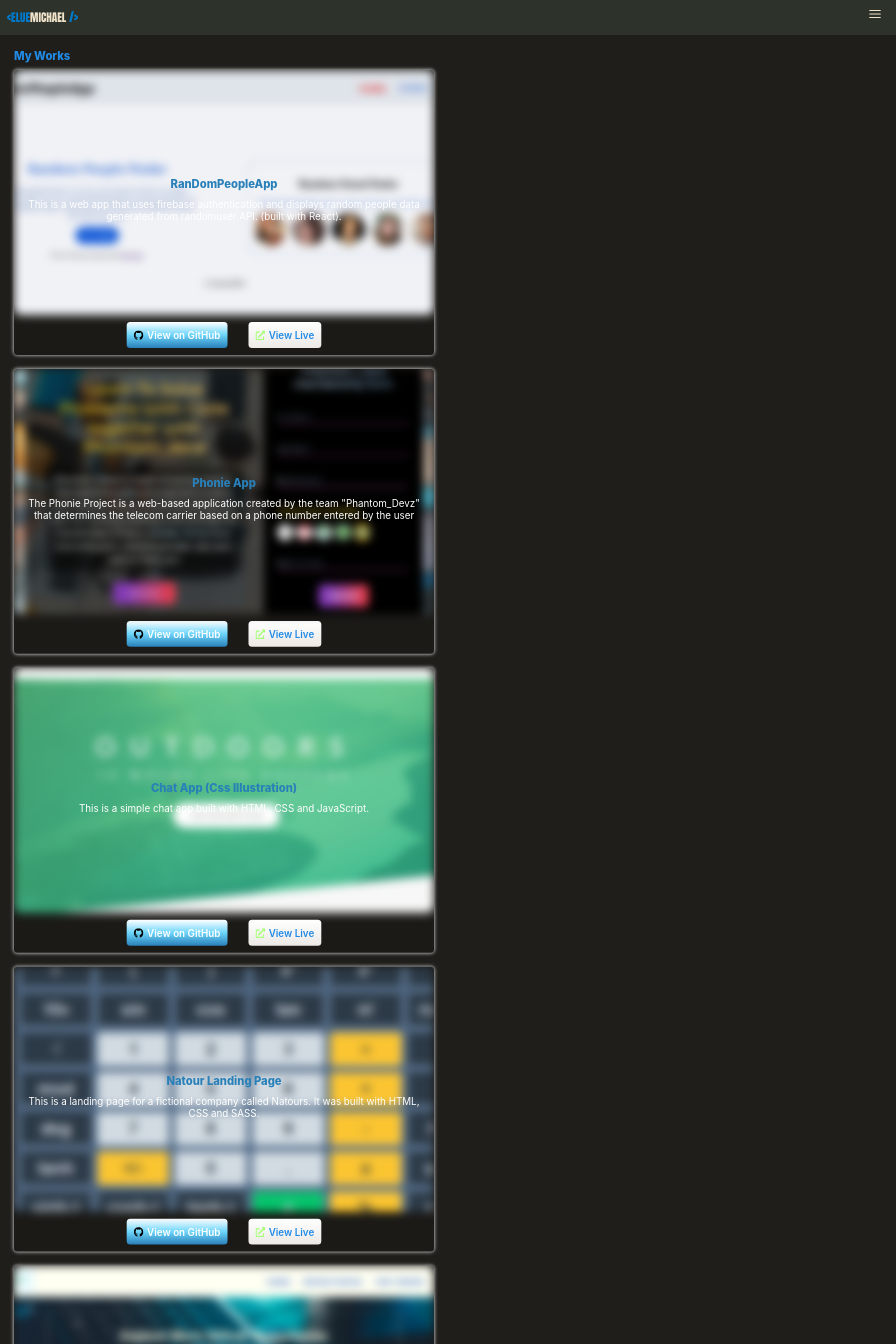
Repository: MikkyPrestige/portfolio
Page: /projects
These files come from the project's save history. The page is drawn as it stood at one moment and after the next save; the edit follows.
The browser window is 1280 px wide. The pictures show the part of the page from y = 0 to 1920 px (the page is 5651 px tall), at 70% of full size.
The project was rebuilt for these pictures with package versions that can differ from the ones it lists, and the page was loaded fresh each time. Also part of the build but not shown: src/components/avatar.jsx, src/components/home.jsx, src/components/about.jsx, src/components/fallback.jsx.

Above is the page before, as saved 2023-02-21 19:18:37.

### public/index.html
<!DOCTYPE html>
<html lang="en">
  <head>
    <meta charset="utf-8" />
    <link rel="icon" href="%PUBLIC_URL%/favicon.ico" />
    <meta name="viewport" content="width=device-width, initial-scale=1" />
    <meta name="theme-color" content="#000000" />
    <meta
      name="description"
      content="Web site created using create-react-app"
    />
    <link rel="apple-touch-icon" href="%PUBLIC_URL%/logo192.png" />
    <!--
      manifest.json provides metadata used when your web app is installed on a
      user's mobile device or desktop. See https://developers.google.com/web/fundamentals/web-app-manifest/
    -->
    <link rel="manifest" href="%PUBLIC_URL%/manifest.json" />
    <!--
      Notice the use of %PUBLIC_URL% in the tags above.
      It will be replaced with the URL of the `public` folder during the build.
      Only files inside the `public` folder can be referenced from the HTML.

      Unlike "/favicon.ico" or "favicon.ico", "%PUBLIC_URL%/favicon.ico" will
      work correctly both with client-side routing and a non-root public URL.
      Learn how to configure a non-root public URL by running `npm run build`.
    -->
    <title>Elue Michael Portfolio</title>
  </head>
  <body>
    <noscript>You need to enable JavaScript to run this app.</noscript>
    <div id="root"></div>
    <!--
      This HTML file is a template.
      If you open it directly in the browser, you will see an empty page.

      You can add webfonts, meta tags, or analytics to this file.
      The build step will place the bundled scripts into the <body> tag.

      To begin the development, run `npm start` or `yarn start`.
      To create a production bundle, use `npm run build` or `yarn build`.
    -->
  </body>
</html>

### src/assets/styles/sass/main.scss
@import 'abstracts/variables';
@import 'base/utilities';
@import 'base/base';
@import 'layouts/header';
@import 'pages/home';
@import 'pages/about';
@import 'pages/projects';
@import 'base/animation';

// @media (prefers-reduced-motion: no-preference) {
//   .App-logo {
//     animation: App-logo-spin infinite 20s linear;
//   }
// }

// @keyframes App-logo-spin {
//   from {
//     transform: rotate(0deg);
//   }
//   to {
//     transform: rotate(360deg);
//   }
// }

### src/components/layout.jsx
import React from "react";
import { MdClose } from "react-icons/md";
import { FiMenu } from "react-icons/fi";
import { useState } from "react";
import { NavLink } from "react-router-dom";

const Layout = () => {
  return (
    <div>
      <LayoutSmall />
      <LayoutLarge />
    </div>
  );
};

const CustomNavLink = ({ to, ...props }) => {
  let activeStyle = {
    color: "var(--color--green)",
    textDecoration: "underline",
  };

  return (
    <NavLink
      to={to}
      style={({ isActive }) =>
        isActive ? activeStyle : { textDecoration: "none" }
      }
      {...props}
    />
  );
};

const LayoutSmall = () => {
  const [showMenu, setShowMenu] = useState(false);

  const toggleMenu = () => {
    setShowMenu(!showMenu);
  };

  const closeMenu = () => {
    setShowMenu(false);
  };

  return (
    <div className="layout layout--small">
      <header className="layout--header">
        <div className="layout--header__title">
          <h1 className="layout--header__title__content">
            <span className="layout--header__title__content__span">{"<"}</span>
            <span className="layout--header__title__content__span--2">
              ELUE
            </span>
            MICHAEL{" "}
            <span className="layout--header__title__content__span">{"/>"}</span>
          </h1>
        </div>
        <nav className="layout--menu">
          <button className="layout--menu__button" onClick={toggleMenu}>
            {showMenu ? <MdClose /> : <FiMenu />}
          </button>
          <div className={`layout--menu__content ${showMenu ? "show" : ""}`}>
            <ul className="layout--menu__content__list">
              <li>
                <CustomNavLink
                  to="/"
                  onClick={closeMenu}
                  className="layout--menu__content__list__item"
                >
                  <span>#</span>Home
                </CustomNavLink>
              </li>
              <li>
                <CustomNavLink
                  to="/about"
                  onClick={closeMenu}
                  className="layout--menu__content__list__item"
                >
                  <span>#</span>About me
                </CustomNavLink>
              </li>
              <li>
                <CustomNavLink
                  to="/projects"
                  onClick={closeMenu}
                  className="layout--menu__content__list__item"
                >
                  <span>#</span>Projects
                </CustomNavLink>
              </li>
              <li>
                <CustomNavLink
                  to="/contact"
                  onClick={closeMenu}
                  className="layout--menu__content__list__item"
                >
                  <span>#</span>Contact
                </CustomNavLink>
              </li>
            </ul>
          </div>
        </nav>
      </header>
    </div>
  );
};

const LayoutLarge = () => {
  return (
    <div className="layout layout--large">
      <header className="layout--header">
        <div className="layout--title">
          <h1 className="layout--title__content">
            <span className="layout--title__content__span">{"<"}</span>
            <span className="layout--header__title__content__span--2">
              ELUE
            </span>
            MICHAEL<span className="layout--title__content__span">{"/>"}</span>
          </h1>
        </div>
        <div className="layout--menu">
          <ul className="layout--menu__list">
            <li className="layout--menu__list__item">
              <CustomNavLink to="/">Home</CustomNavLink>
            </li>
            <li className="layout--menu__list__item">
              <CustomNavLink to="/about">About me</CustomNavLink>
            </li>
            <li className="layout--menu__list__item">
              <CustomNavLink to="/projects">Projects</CustomNavLink>
            </li>
            <li className="layout--menu__list__item">
              <CustomNavLink to="/contact">Contact</CustomNavLink>
            </li>
          </ul>
        </div>
      </header>
    </div>
  );
};

export { Layout, LayoutSmall, LayoutLarge };

### src/assets/styles/sass/abstracts/_variables.scss
:root {
  --color-primary: #cc4600;
  --color-secondary: #bb45cb;
  --color-tertiary: #eefff8;

  // MARK UP
  --color--markup: #FF8303;
  // TEXT
  --color--text: #F0E3CA;

  // BACKGROUND
  --color--bg: #2D322A;
  --color--bg-light: #242320;
  --color--bg-dark: #1B1A17;
  --color--bg-dark-2: #1F1E1B;
  //DARK
  --color--dark: rgba(22, 22, 22, 1);
  --color--dark-1: rgba(34, 34, 34, 1);
  --color--dark-2: rgba(45, 45, 45, 1);
  --color--dark-3: rgba(51, 51, 51, 1);
  --color--dark-4: rgba(189, 189, 189, 1);
  //WHITE
  --color--white: rgba(255, 255, 255, 1);
  --color--white-1: rgba(240, 227, 202, 1);
  --color--white-2: #ece9e6;
  --color--white-op: rgba(240, 227, 202, 0.76);

  // GRAY
  --color--gray: #ABB2BF;

  --light-blue: rgba(97, 218, 251, 1);
  --light-blue--1: #3bc9db;
  --light-blue--2: #6dd5fa;
  --dark-blue: rgba(0, 122, 204, 1);
  --dark-blue--1: #2980b9;
  --blue-cyan: #228be6;
  --dark-blue-op: rgba(6, 6, 7, 0.82);

  --color--green: rgba(131, 205, 41, 1);

  //Font size
  --font-size: 1rem;
  --font-size--small: 1.2rem;
  --font-size--medium: 1.4rem;
  --font-size--large: 1.6rem;
  --font-size--x-large: 1.8rem;
  --font-size--xx-large: 2rem;
  // ICON FONTS
  --font-size--icon: 3rem;
  --font-size--icon-1: 3.5rem;
  --font-size--icon-2: 4rem;


  //Font family
  --font-family: 'Roboto', sans-serif;
  --font--family--primary: 'Inter', sans-serif;
  --font-family--secondary: 'Inconsolata', monospace;
  --font-family--tertiary: 'Impact', sans-serif;
  --font-family--2: 'Fira Code', monospace;

  // FONT WEIGHT
  --font-weight--light: 300;
  --font-weight--regular: 400;
  --font-weight--medium: 600;
  --font-weight--bold: 800;
  --font-weight--boldest: 900;
}

### src/assets/styles/sass/base/_utilities.scss
.github-link-bg {
  background: linear-gradient(to top, var(--dark-blue--1), var(--light-blue--2), var(--color--white));
}

.live-link-bg {
  background: linear-gradient(to top, var(--color--white-2), var(--color--white));
}

.blue-markup {
  color: var(--blue-cyan) !important;
}

### src/assets/styles/sass/base/_base.scss
*,
*::after,
*::before {
  margin: 0;
  padding: 0;
  box-sizing: border-box;
}

html {
  font-size: 62.5%;
  font-family: var(--font-family);
  color: var(--color-white);
  background-color: var(--color--bg);
}

::selection {
  background-color: var(--color-primary);
  color: var(--color-white);
}

### src/assets/styles/sass/layouts/_header.scss
.layout {
  width: 100%;
  height: 5rem;

  &--header {
    display: flex;
    justify-content: space-between;
    align-items: center;
    padding: 1rem;

    &__title {
      text-align: center;

      &__content {
        color: var(--color--text);
        font-family: var(--font-family--tertiary);
        font-size: var(--font-size--large);
        font-weight: var(--font-weight--regular);
        position: absolute;
        z-index: 1000;

        &__span {
          color: var(--dark-blue);
          font-size: var(--font-size--x-large);

          &--2 {
            color: var(--dark-blue);
          }
        }
      }
    }
  }

  &--menu {
    position: relative;

    &__button {
      position: fixed;
      top: 1rem;
      right: 2rem;
      z-index: 10;
      background-color: var(--color--bg);
      color: var(--color--text);
      border: none;
      font-size: var(--font-size--xx-large);
      font-weight: var(--font-weight--bold);
      cursor: pointer;
    }

    &__content {
      position: fixed;
      top: 0;
      right: 0;
      width: 0;
      max-width: 100%;
      height: 85%;
      background-color: var(--color--bg-dark);
      z-index: 5;
      overflow: hidden;

      &.show {
        width: 100%;
        transition: all 1s ease-in-out;
        -webkit-transition: all 1s ease-in-out;
        -moz-transition: all 1s ease-in-out;
        -ms-transition: all 1s ease-in-out;
        -o-transition: all 1s ease-in-out;
      }

      &__list {
        list-style: none;
        display: flex;
        flex-direction: column;
        justify-content: center;
        align-items: center;
        gap: 5rem;
        padding: 0;
        margin-top: 8rem;

        &__item {
          color: var(--dark-blue);
          font-family: var(--font-family--secondary);
          font-size: var(--font-size--large);
          font-weight: var(--font-weight--bold);
          font-style: normal;
          text-transform: capitalize;
          cursor: pointer;
          transition: all 1s ease-in-out;
          -webkit-transition: all 1s ease-in-out;
          -moz-transition: all 1s ease-in-out;
          -ms-transition: all 1s ease-in-out;
          -o-transition: all 1s ease-in-out;

          &:hover,
          &:active {
            color: var(--color--text);
          }

          span {
            color: var(--color--white-1);
          }
        }
      }
    }
  }


  &--large {
    display: none;
  }
}

### src/assets/styles/sass/pages/home.scss
.home {
  width: 100%;
  height: 100vh;
  background: radial-gradient(100% 100% at 50% 100%, var(--color--bg-dark-2) 21.52%, var(--color--bg-dark) 100%);

  &--contents {
    display: flex;
    flex-direction: column;
    justify-content: center;
    align-items: center;
    padding: 3rem 5rem;
    gap: 3rem;
  }

  &--content {
    display: flex;
    flex-direction: column;
    align-items: flex-start;
    padding: 0;
    gap: .5rem;

    &__title {
      font-family: var(--font-family--secondary);
      font-size: var(--font-size--x-large);
      font-weight: var(--font-weight--boldest);
      color: var(--dark-blue);
    }

    &__subtitle {
      font-family: var(--font-family--secondary);
      font-size: var(--font-size--large);
      font-weight: var(--font-weight--bold);
      color: var(--color--text);
    }

    &__desc {
      font-family: var(--font-family--secondary);
      font-size: var(--font-size--small);
      font-weight: var(--font-weight--regular);
      color: var(--color--white-1);
    }
  }

  &--avatar {
    border-radius: 5%;
    -webkit-border-radius: 5%;
    -moz-border-radius: 5%;
    -ms-border-radius: 5%;
    -o-border-radius: 5%;
    background-image: radial-gradient(circle, var(--blue-cyan) 5%, var(--light-blue--1) 95%);
  }
}

### src/assets/styles/sass/pages/_about.scss
.about {
  width: 100%;
  height: 100%;
  background-color: var(--color--bg-dark-2);
  color: var(--color--gray);

  &--wrapper {
    display: flex;
    flex-direction: column;
    justify-content: center;
    align-items: center;
    gap: 1rem;
  }

  &--desc {
    padding: 5rem;
    display: flex;
    flex-direction: column;
    justify-content: center;
    align-items: center;
    gap: 5rem;
  }

  &--img {
    position: relative;

    &__content1 {
      width: 3rem;
      height: 3rem;
      position: absolute;
      top: 0;
      left: 0;
      background: var(--dark-blue);
      transform: rotate(51.88deg);
    }

    &__content2 {
      width: 3rem;
      height: 3rem;
      position: absolute;
      top: 0;
      left: 0;
      background: var(--color--white-op);
    }
  }

  &--content {
    display: flex;
    flex-direction: column;
    justify-content: center;
    align-items: flex-start;
    gap: 2rem;
    font-family: var(--font-family--2);

    &__title {
      line-height: 2;

      &__head {
        font-size: var(--font-size--x-large);
        font-weight: var(--font-weight--medium);
      }

      &__span {
        color: var(--dark-blue);
      }

      &__subhead {
        font-size: var(--font-size--medium);
        font-weight: var(--font-weight--regular);
      }
    }

    &__text {
      padding-left: 3rem;
      line-height: 1.5;
      color: var(--color--text);

      &__head {
        font-size: var(--font-size--large);
        font-weight: var(--font-weight--regular);

        &__name {
          color: var(--blue-cyan);
          font-weight: var(--font-weight--medium);
        }
      }

      &__desc {
        font-size: var(--font-size--small);
        font-weight: var(--font-weight--regular);
      }
    }
  }

  &--skills {
    display: flex;
    flex-direction: column;
    justify-content: center;
    align-items: center;
    gap: 2rem;

    &__title__head {
      font-size: var(--font__title -size--x-large);
      font-weight: var(--font-weight--medium);
      color: var(--dark-blue);
      text-transform: capitalize;
    }

    &__icon {
      font-size: var(--font-size--medium);
      color: var(--color--white-1);
    }

    &__content {
      display: flex;
      flex-direction: column;
      align-items: flex-start;
      gap: 2rem;
      padding: 0;
      width: 100%;

      &__items {
        display: grid;
        grid-template-columns: repeat(2, 1fr);
        gap: 2rem 5rem;
        width: 100%;
        padding: 1rem 3rem;
        border-radius: 1rem;
        background-color: var(--color--bg-dark);

        &__card {
          display: flex;
          flex-direction: column;
          justify-content: center;
          align-items: center;
          padding: 1rem;
          width: 10rem;
          border-radius: 1rem;
          -webkit-border-radius: 1rem;
          -moz-border-radius: 1rem;
          -ms-border-radius: 1rem;
          -o-border-radius: 1rem;

          &__icon {
            font-size: var(--font-size--icon-2);
          }

          &__text {
            font-family: var(--font-family--secondary);
            font-size: var(--font-size--medium);
            font-weight: var(--font-weight--medium);
            color: var(--color--white-1);
          }
        }
      }
    }
  }
}

### src/assets/styles/sass/pages/_projects.scss
.project {
  padding: 2rem;
  background-color: var(--color--bg-dark-2);

  &--title {
    font-family: var(--font--family--secondary);
    font-size: var(--font-size--large);
    font-weight: var(--font-weight--bold);
    color: var(--blue-cyan);
    margin-bottom: 1rem;
  }

  &--wrapper {
    display: grid;
    grid-template-columns: repeat(1, 1fr);
    gap: 2rem;
    width: 100%;
  }

  &--card {
    background-color: var(--color--bg-dark);
    // margin: auto;
    padding: 1rem;
    border-radius: 0.5rem;
    box-shadow: 0 0 0.5rem 0.1rem var(--color--dark-4);
    transition: all 0.3s ease-in-out;
    position: relative;
    display: flex;
    flex-direction: column;
    justify-content: center;
    align-items: center;
    // height: 100%;
    max-width: 60rem;
    overflow-y: hidden;

    &:hover {
      transform: translateY(-0.5rem);
      box-shadow: 0 0 0.5rem 0.1rem var(--color--dark-4);
    }

    &__blur {
      position: absolute;
      top: 0;
      left: 0;
      width: 100%;
      height: 35rem;
      border-radius: 1rem;
      background-size: cover;
      background-position: center;
      background-repeat: no-repeat;
      filter: blur(0.7rem);
      //z-index: 1;

      &-1 {
        background-image: url(../../../images/randomApp.jpeg);
      }

      &-2 {
        background-image: url(../../../images/phonieApp.jpeg);
      }

      &-3 {
        background-image: url(../../../images/natours.jpeg);
      }

      &-4 {
        background-image: url(../../../images/calculator.jpeg);
      }

      &-5 {
        background-image: url(../../../images/repoApp.jpeg);
      }

      &-6 {
        background-image: url(../../../images/fylo.jpeg);
      }

      &-7 {
        background-image: url(../../../images/orderCard.jpeg);
      }

      &-8 {
        background-image: url(../../../images/phonyApp.jpeg);
      }

      &-9 {
        background-image: url(../../../images/ratingApp.jpeg);
      }

      &-10 {
        background-image: url(../../../images/chatAppCss.jpeg);
      }

      &-11 {
        background-image: url(../../../images/trillo.jpeg);
      }

      &-12 {
        background-image: url(../../../images/statsCard.jpeg);
      }

      &-13 {
        background-image: url(../../../images/phonyApp.jpeg);
      }

      &-14 {
        background-image: url(../../../images/shoebrand.jpeg);
      }
    }

    &__content {
      height: 35rem;
      width: 100%;
      display: flex;
      flex-direction: column;
      justify-content: center;
      align-items: center;
      gap: 1rem;
      position: relative;
      top: 0;
      left: 0;
      // z-index: 10;

      &__title {
        font-family: var(--font--family--secondary);
        font-size: var(--font-size--large);
        font-weight: var(--font-weight--bold);
        color: var(--dark-blue--1);
      }

      &__desc {
        font-family: var(--font--family--secondary);
        font-size: var(--font-size--medium);
        font-weight: var(--font-weight--regular);
        color: var(--color--white);
        text-align: center;
      }
    }

    &__links {
      display: flex;
      align-items: center;
      gap: 3rem;

      &__link {
        text-decoration: none;
        padding: 1rem;
        border-radius: 0.5rem;
        font-family: var(--font--family--secondary);
        font-size: var(--font-size--medium);
        font-weight: var(--font-weight--medium);
        color: var(--color--white);
        transition: all 0.3s ease-in-out;
        display: inline-flex;
        align-items: center;
        gap: .5rem;

        &:hover,
        &:focus {
          outline: none;
          animation: Heartbeat 1s infinite;
          -webkit-animation: Heartbeat 1s infinite;
}
      }
    }
  }
}

### src/assets/styles/sass/base/_animation.scss
//  INFINITE HEARTBEAT PAUSE ANIMATION

@keyframes Heartbeat {
  0% {
    transform: scale(1);
    -webkit-transform: scale(1);
    -moz-transform: scale(1);
    -ms-transform: scale(1);
    -o-transform: scale(1);
  }

  50% {
    transform: scale(1.05);
    -webkit-transform: scale(1.05);
    -moz-transform: scale(1.05);
    -ms-transform: scale(1.05);
    -o-transform: scale(1.05);
  }

  100% {
    transform: scale(1);
    -webkit-transform: scale(1);
    -moz-transform: scale(1);
    -ms-transform: scale(1);
    -o-transform: scale(1);
  }
}

Loaded but not shown: src/index.css (common file); src/reportWebVitals.js (common file); src/index.js (21 lines, source omitted); src/App.js (22 lines, source omitted); src/components/projects.jsx (437 lines, source omitted)

After the next save:
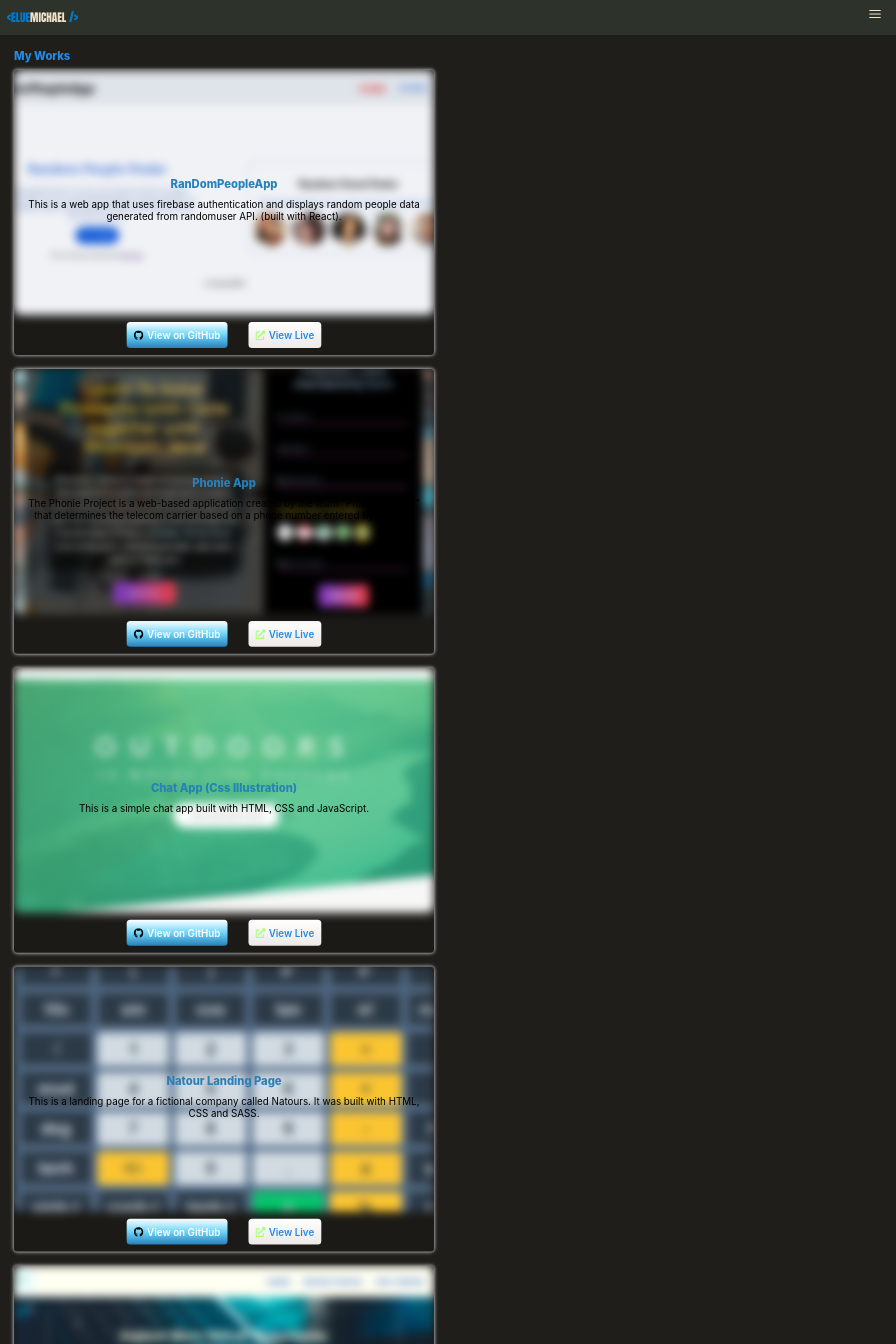
Saved 17 s later.
--- a/src/assets/styles/sass/pages/_projects.scss
+++ b/src/assets/styles/sass/pages/_projects.scss
@@ -132,7 +132,7 @@
         font-family: var(--font--family--secondary);
         font-size: var(--font-size--medium);
         font-weight: var(--font-weight--regular);
-        color: var(--color--white);
+        color: var(--);
         text-align: center;
       }
     }
